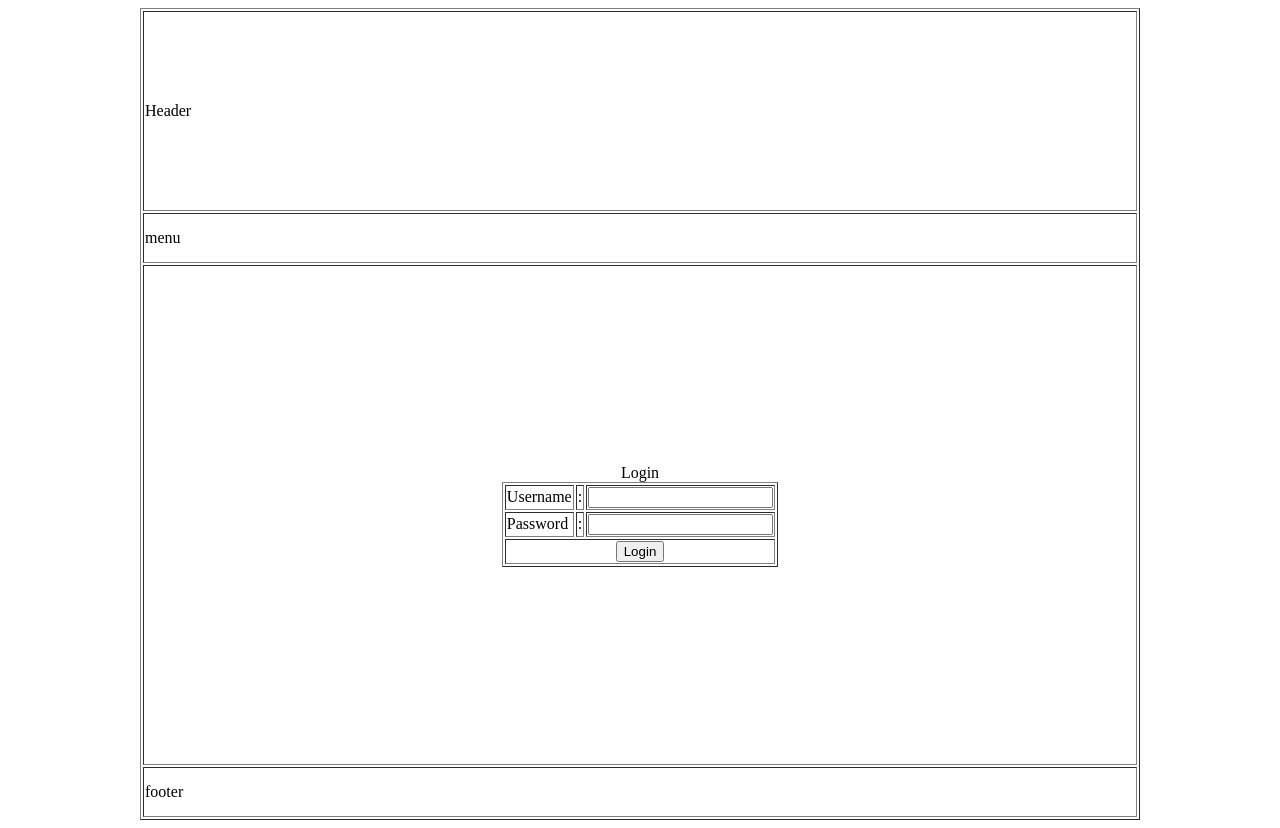
Repository: PraveenRavipati/MyWork
Page: Java/workspaces/office Java WorkScapces/training/LoginProperty/WebContent/Login.html
The author's editor kept a copy of each file at every save. The page is drawn from the files as they stood at one save, then again after the next save.
The browser window is 1280 px wide. The pictures show the whole page.

Above is the page before, as saved 2014-06-05 05:39:20.

After the next save:
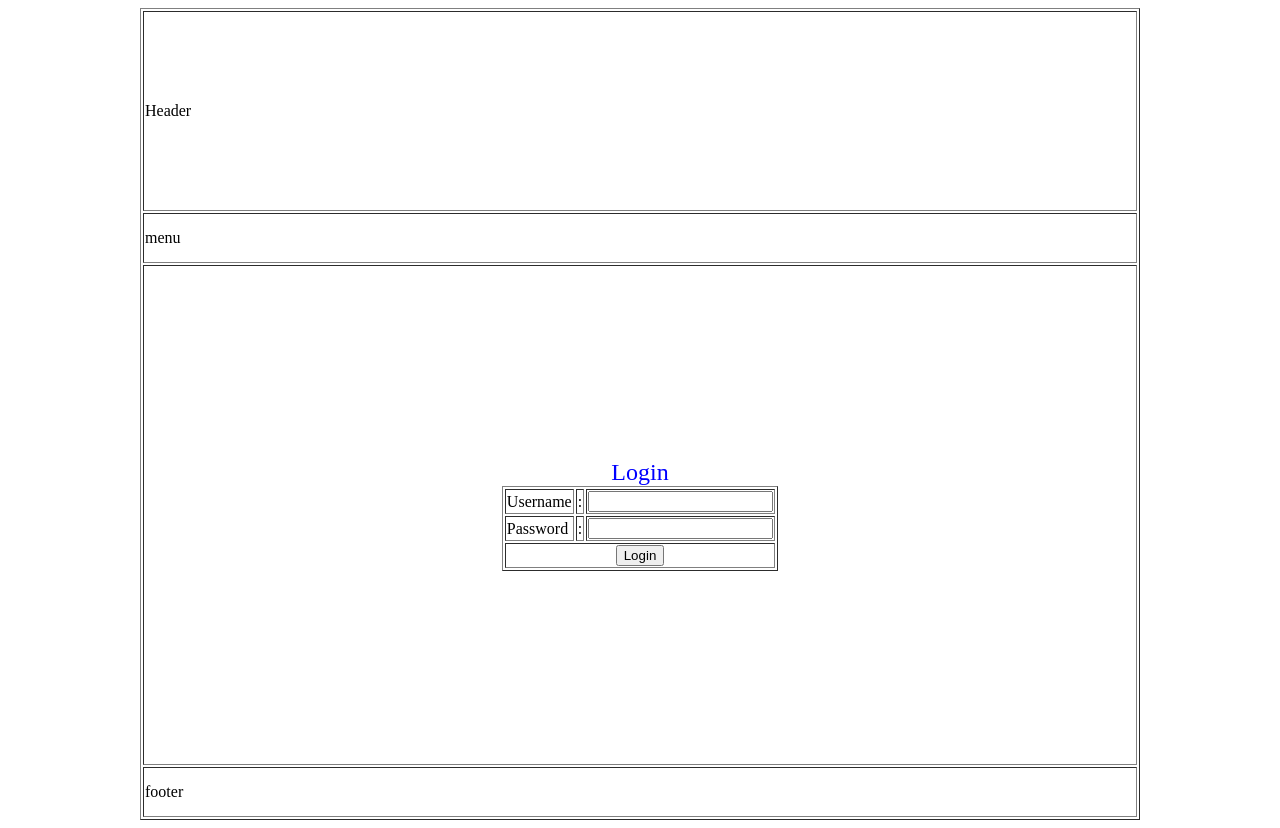
Saved 25 s later.
--- a/Java/workspaces/office Java WorkScapces/training/LoginProperty/WebContent/Login.html
+++ b/Java/workspaces/office Java WorkScapces/training/LoginProperty/WebContent/Login.html
@@ -3,6 +3,7 @@
 <head>
 <meta http-equiv="Content-Type" content="text/html; charset=UTF-8">
 <title>Insert title here</title>
+<link href="style2.css" rel="stylesheet" type="text/css"></link>
 </head>
 <body>
     <table border="1" width="1000" align="center">
